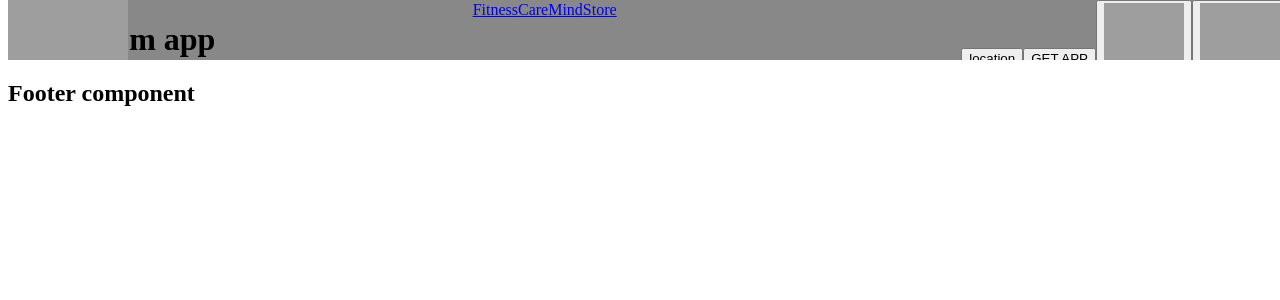
Repository: 1sanjeetsharma/cult-fit-clone
Page: /
An editor plug-in stored every save of this project. The page is shown before and after the next save, followed by the edit.
The browser window is 1280 px wide. The pictures show the whole page.
Pictures or frames that could not be fetched are drawn as grey boxes. The project was rebuilt for these pictures with package versions that can differ from the ones it lists, and the page was loaded fresh each time. Also part of the build but not shown: vite.config.js.

Above is the page before, as saved 2023-07-22 22:28:44.

After the next save:
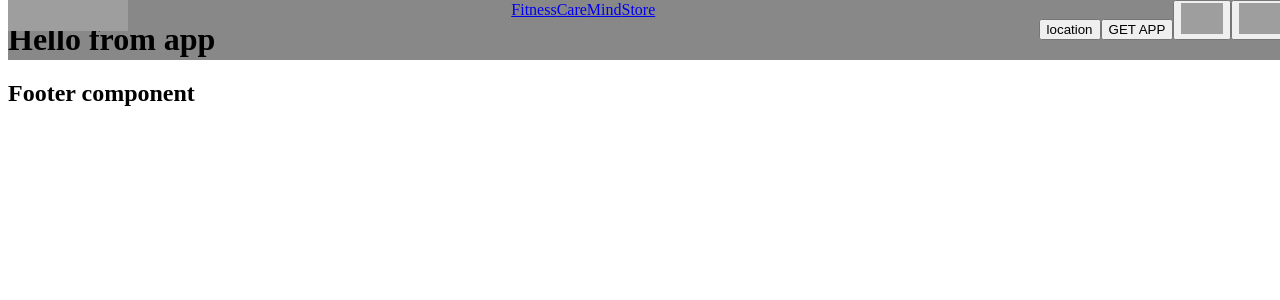
Saved 22 s later.
--- a/src/components/body/Navbar/navbar.css
+++ b/src/components/body/Navbar/navbar.css
@@ -5,7 +5,7 @@
 	width: 100%;
 	height: 60px;
 	overflow: hidden;
-	align-content: center;
+	/* align-content: center; */
 	/* text-align: center; */
 	background-color: #00000077;
 	box-sizing: border-box;
@@ -14,7 +14,7 @@
 
 .logo,
 .btn-img {
-	height: 60px;
+	height: 31px;
 }
 nav {
 	/* padding: 10px;
